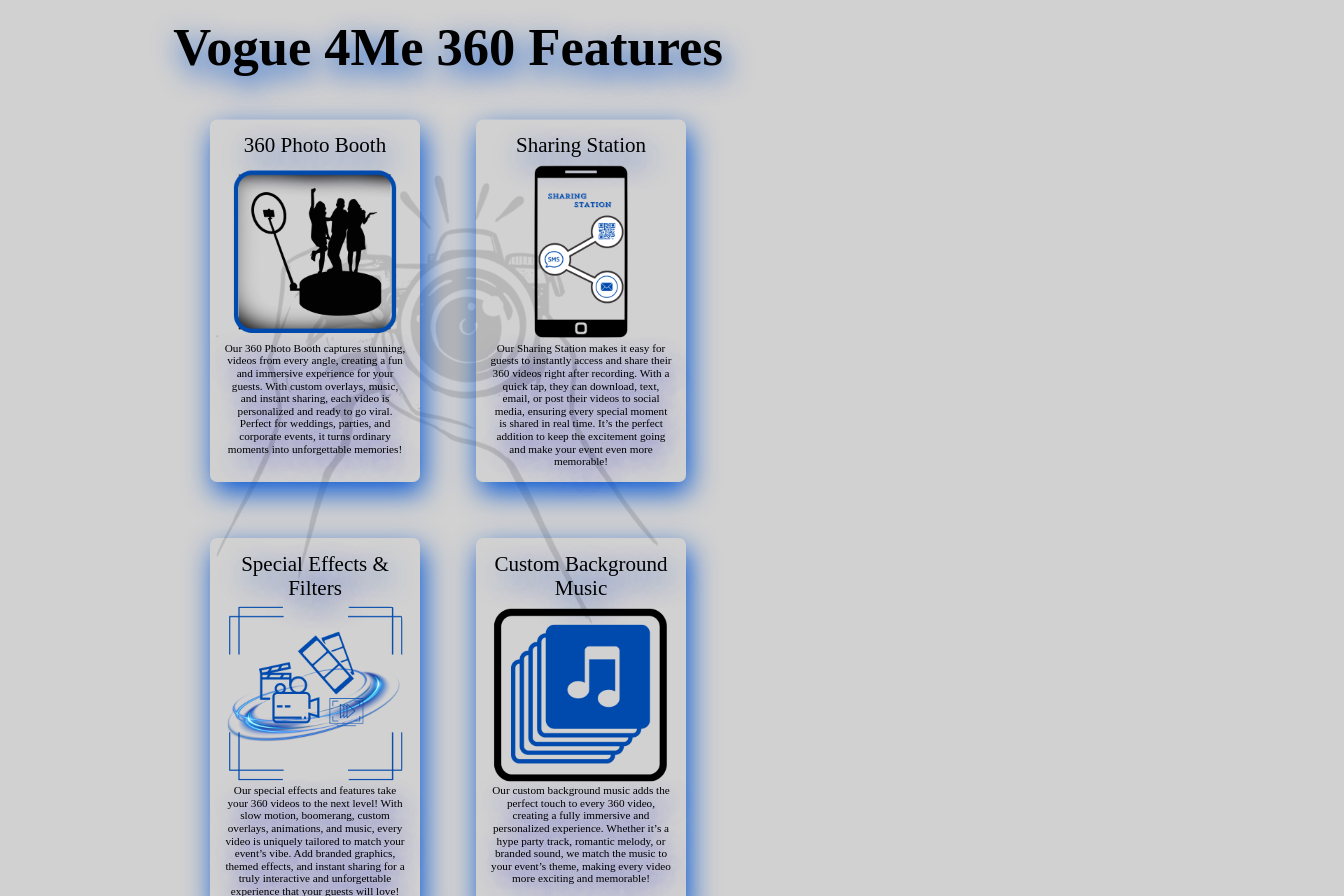
Repository: ErvinClay13/Vogue360-website
Page: about-us.html
These files come from the project's save history. The page is drawn as it stood at one moment and after the next save; the edit follows.
The browser window is 1280 px wide. The page is 1920 px wide, so the pictures cover 1920 px, including what lies to the right of the window. The pictures show the part of the page from y = 1382 to 2662 px (the page is 3872 px tall before and 3908 px after), at 70% of full size.
Backgrounds fixed to the window are drawn as part of the page.

Above is the page before, as saved 2025-03-05 00:50:35.

### about-us.html
<!DOCTYPE html>
<html lang="en">
<head>
    <meta charset="UTF-8">
    <meta name="viewport" content="width=device-width, initial-scale=1.0">
    <link
         rel="icon"
         type="image.png"
         sizes="32x32"
         href="images/VogueLogo.png">
        <link rel="stylesheet" href="myStyle/style.css">
    <link rel="stylesheet" href="link pages/about-us.html">
    <link rel="stylesheet" href="link pages/gallery.html">
    <link rel="stylesheet" href="link pages/packages.html">

    <title>Vogue4Me360|About-Us</title>
</head>
<body>
    <div class="wrapper">
        <header>
            <a href="index.html"></a><img  src="images/newLogo.png" id="myLogo" alt="">
            <h1 id="headerText">VOGUE-4ME-360</h1>
            <div class="link-pages" id="link_pages">
                <h3><a href="index.html" id="myLinks">Home</a></h3>
                <h3><a href="packages.html" id="myLinks">Packages</a></h3>
                <h3><a href="gallery.html" id="myLinks">Gallery</a></h3>
                <h3><a href="contactUs.html" id="myLinks">Contact Us</a></h3>

            </div>
        </header>


    <div class="whyUsImgContainer">
            <img id="whyUsImg" src="images/360mach.jpg" alt="">
        </div>

        <div class="whyUsTextContainer">
            <h2 id="whyUsHeading">Vogue 4Me 360 - Creating memories that will last forever</h2>
            <p style="margin-bottom: 100px;" id="whyUsText">
                Why Choose Our 360 Photo Booth for Your Event?

When it comes to capturing unforgettable moments, our 360 Photo Booth takes your event to the next level! Here’s why you should book with us: <br>

📸 Unique & Immersive Experience – Unlike traditional photo booths, our 360 booth creates stunning, dynamic videos that your guests will love. <br>

✨ High-Quality, Shareable Content – We deliver HD slow-motion, boomerang, and fully customized videos ready for instant social media sharing. <br>

🎨 Personalized Branding & Effects – Custom overlays, music, and effects to match your event’s theme, making every video unique. <br>

💃 Fun & Engaging for Everyone – Whether it's a wedding, birthday, corporate event, or any celebration, our booth adds excitement and interaction for all ages. <br>

🚀 Professional Setup & Service – We handle everything from start to finish, ensuring a seamless and stress-free experience. <br>

🎁 Affordable & Competitive Packages – We offer flexible pricing to fit your budget while delivering top-tier entertainment. <br>

Make your event unforgettable with our 360 Photo Booth Experience! 🎉 Contact us today to book your date!
            </p>
            <h2 style="font-size: 75px;" id="whyUsHeading">Vogue 4Me 360 Features</h2>
        </div>



        <div class="servicesContainer" style="gap: 160;padding-left: 250px;padding-right: 250px;">

            <div class="serviceBox">
                <div class="headBox">360 Photo Booth</div>
                <div class="serviceImg">
                    <img id="servImg" src="featureImages/f-360booth.png" alt="">
                </div>
                <p>
                    Our 360 Photo Booth captures stunning, videos from every angle,
                    creating a fun and immersive experience for your guests. With
                    custom overlays, music, and instant sharing, each video is personalized
                    and ready to go viral. Perfect for weddings, parties, and corporate events,
                    it turns ordinary moments into unforgettable memories!
                </p>
            </div>

            <div class="serviceBox">
                <div class="headBox">Sharing Station</div>
                <div class="serviceImg">
                    <img id="servImg" src="featureImages/f-sharing.png" alt="">
                </div>
                <p>
                    Our Sharing Station makes it easy for guests to instantly access
                    and share their 360 videos right after recording. With a quick tap,
                    they can download, text, email, or post their videos to social media,
                    ensuring every special moment is shared in real time. It’s the perfect
                    addition to keep the excitement going and make your event even more memorable!
                </p>
            </div>



                <div class="serviceBox">
                <div class="headBox">Special Effects & Filters</div>
                <div class="serviceImg">
                    <img id="servImg" src="featureImages/f-effects.png" alt="">
                </div>
                <p>
                    Our special effects and features take your 360 videos to the
                    next level! With slow motion, boomerang, custom overlays, animations,
                    and music, every video is uniquely tailored to match your event’s vibe.
                    Add branded graphics, themed effects, and instant sharing for a truly
                    interactive and unforgettable experience that your guests will love!
                </p>
            </div>

            <div class="serviceBox">
                <div class="headBox">Custom Background Music</div>
                <div class="serviceImg">
                    <img id="servImg" src="featureImages/f-music.png" alt="">
                </div>
                <p>
                    Our custom background music adds the perfect touch to every 360 video,
                    creating a fully immersive and personalized experience. Whether it’s a
                    hype party track, romantic melody, or branded sound, we match the music
                    to your event’s theme, making every video more exciting and memorable!
                </p>
            </div>


            <div class="serviceBox">
                <div class="headBox">Custom Overlay</div>
                <div class="serviceImg">
                    <img id="servImg" src="featureImages/f-overlay.png" alt="">
                </div>
                <p>
                    Lorem ipsum, dolor sit amet consectetur adipisicing elit.
                    Ratione, a consequuntur! Explicabo, delectus. Minus, cupiditate
                    saepe labore reprehenderit, maiores amet iste quasi praesentium
                    libero quos eum illum ullam velit ducimus?
                </p>
            </div>

            <div class="serviceBox">
                <div class="headBox">Fun Props</div>
                <div class="serviceImg">
                    <img id="servImg" src="featureImages/f-props.png" alt="">
                </div>
                <p>
                    Lorem ipsum, dolor sit amet consectetur adipisicing elit.
                    Ratione, a consequuntur! Explicabo, delectus. Minus, cupiditate
                    saepe labore reprehenderit, maiores amet iste quasi praesentium
                    libero quos eum illum ullam velit ducimus?
                </p>
            </div>

            <div class="serviceBox">
                <div class="headBox">Online Gallery</div>
                <div class="serviceImg">
                    <img id="servImg" src="featureImages/f-gallery.png" alt="">
                </div>
                <p>
                    Lorem ipsum, dolor sit amet consectetur adipisicing elit.
                    Ratione, a consequuntur! Explicabo, delectus. Minus, cupiditate
                    saepe labore reprehenderit, maiores amet iste quasi praesentium
                    libero quos eum illum ullam velit ducimus?
                </p>
            </div>

            <div class="serviceBox">
                <div class="headBox">Vogue Technician</div>
                <div class="serviceImg">
                    <img id="servImg" src="featureImages/f-techn.png" alt="">
                </div>
                <p>
                    Lorem ipsum, dolor sit amet consectetur adipisicing elit.
                    Ratione, a consequuntur! Explicabo, delectus. Minus, cupiditate
                    saepe labore reprehenderit, maiores amet iste quasi praesentium
                    libero quos eum illum ullam velit ducimus?
                </p>
            </div>

            </div>




    </div>


    <script src="script.js"></script>
</body>
</html>

### myStyle/style.css
@import url('https://fonts.googleapis.com/css2?family=Yellowtail&display=swap');

@font-face {
    font-family: myFont;
   src: url(School.otf);
}

@font-face {
    font-family: myFont2;
   src: url(TripleRainbow.otf);
}

@font-face {
    font-family: myFont3;
   src: url(NewFont.ttf);
}

*{
    padding: 0;
    margin: 0;
    box-sizing: border-box;
}

body {
    background-color: rgba(187, 187, 187, 0.674);
    background-image: url(backgroundLogo.png);
    background-repeat: no-repeat;
    background-position: center;
    background-attachment: fixed;
}

#myLogo {
    height: 200px;
    width: 200px;
    margin-top: 20px;
    margin-left: 40px;
    border: solid 4px #0055d4f5;;
    border-radius: 150px;
    box-shadow: 5px 15px 40px #0055d4f5;



}

header {
    display: flex;
    justify-content: space-between;
    padding-right: 30px;
    padding-left: 50px;
    background-color: rgba(56, 56, 56, 0.698);
    height: 30vh;
    box-shadow: 5px 15px 40px #0055d4f5;
}

a {
    text-decoration: underline;
    color: #151515;
}

a:link {
    color: #151515;
}

a:hover {
    color: #01398cf5;
    text-decoration: underline;
}

.link-pages {
    align-self: center;
    margin-top: 30px;
    font-size: 25px;
    font-family: "Yellowtail", cursive;
    display: flex;
    gap: 20px;
    box-shadow: 5px 15px 40px #0055d4f5;
    text-shadow: 5px 15px 30px #0055d4f5;
}



#myLink {
    color: black;
    font-weight: bold;
    text-shadow: 5px 15px 20px #0055d4;
    cursor: url("cursorLogo.png"), auto;
}
#myLink:hover{
    color: #01398cf5;
}





#servImg {
    height: 250px;
    width: 250px;
    border-radius: 20px;
}

#packImg {
    height: 250px;
    width: 250px;
    border-radius: 20px;
}




#headerText {
    align-content: center;
    margin-top: 70px;
    font-size: 150px;
    font-family: myFont3;
    height: 120px;
    border-radius: 80px;
    text-shadow: 5px 15px 40px #0055d4f5;
    font-weight: 100;

}



.galleryContainer {
    margin-top: 60PX;
    display: flex;
    flex-direction: column;
    align-items: center;
    justify-content: space-between;

}



.galleryBoxes {
    justify-content: center;
    margin-top: 30px;
    display: flex;
    flex-wrap: wrap;
    width: 1000px;
    justify-content: space-between;
    row-gap: 25px;
    box-shadow: 5px 15px 40px #0055d4f5;
}

.boxes:hover {
    transform: scale(1.2);
    box-shadow: 5px 15px 40px #8600d4f5;
}

.homeVidContainer {
    margin-top: 30px;
    display: flex;
    flex-direction: column;
    align-items: center;
    margin-bottom: 200px
}

.vidBox {
    display: flex;
    align-items: center;
    gap: 15px;
    box-shadow: 5px 15px 40px #0055d4f5;
}

.packageTitle {
    display: flex;
    margin-top: 50px;
    flex-direction: column;
    align-items: center;
    font-size: 40px;
    text-shadow: 5px 15px 40px #0055d4f5;
}

.packageContainer {
    margin-top: 100px;
    display: flex;
    gap: 80px;
    justify-content: center;
    text-shadow: 5px 15px 40px #0055d4f5;
    margin-bottom: 100px;
}

#pack {
    border: solid 2px rgb(67, 67, 67);
    box-shadow: 5px 15px 40px #0055d4f5;
    padding: 15px;
    border-radius: 20px;
}

#pack:hover {
    transform: scale(1.2);
    box-shadow: 5px 15px 40px #8600d4f5;
    background-color: #8600d45b;
}

.headBox {
    font-size: 30px;
    padding-bottom: 10px;
}

.headBox:hover {
    color:#8600d4f5;
    cursor: url("cursorLogo.png"), auto;
}

.headService {
    display: flex;
    margin-top: 50px;
    flex-direction: column;
    align-items: center;
    font-size: 40px;
    text-shadow: 5px 15px 40px #0055d4f5;

}

.servicesContainer {
    margin-top: 60px;
    display: flex;
    gap: 80px;
    justify-content: center;
    text-shadow: 5px 15px 40px #0055d4f5;
    margin-bottom: 100px;
    flex-wrap: wrap;

}



.serviceBox {
    max-width: 300px;
    box-shadow: 5px 15px 40px #0055d4f5;
    text-align: center;
    border-radius: 10px;
    padding: 20px;

}

.serviceBox:hover {
    transform: scale(1.2);
    box-shadow: 5px 15px 40px #8600d4f5;

}
.bookToday {
    margin-top: 10px;
    box-shadow: 5px 15px 40px #0055d4f5;
    text-shadow: 5px 15px 40px #0055d4f5;
    cursor: url("cursorLogo.png"), auto;
    border: solid 2px #0055d4f5;
    border-radius: 10px;
    height: 35px;
    width: 120px;
    font-size: 15px;

}

.bookToday:hover {
    background-color: #8600d4f5;
}

.package {
    max-width: 300px;
    box-shadow: 5px 15px 40px #0055d4f5;
    text-align: center;
    border-radius: 10px;
    padding: 20px;
}

.aboutUsContainer {
    margin-top: 60px;
    display: flex;
    gap: 80px;
    justify-content: center;
    text-shadow: 5px 15px 40px #0055d4f5;
    margin-bottom: 100px;
}

.aboutUsBox {
    max-width: 300px;
    box-shadow: 5px 15px 40px #0055d4f5;
    text-align: center;
    border-radius: 10px;
    padding: 20px;
}

.aboutUsBox:hover {
    transform: scale(1.2);
    box-shadow: 5px 15px 40px #8600d4f5;

}

.socialMediaContainer {
    margin-top: 60px;
    display: flex;
    justify-content: center;
    margin-bottom: 100px;
}

.socialMediaBox {
    display: flex;
    gap: 80px;
}

#socImg {
    height: 80px;
    width: 80px;
    border-radius: 100px;
    box-shadow: 5px 15px 40px #0055d4f5;
    cursor: url("cursorLogo.png"), auto;
}

#socImg:hover {
    box-shadow: 5px 15px 40px #8600d4f5;
    transform: scale(1.2);
}

.whyUsImgContainer {
    width: 1920px;
    background-color: gray;
    margin-top: 20px;
    display: flex;
    flex-direction: column;
    align-items: center;
    margin-bottom: 50px;
    box-shadow: 5px 15px 40px #0055d4f5;
}



.whyUsTextContainer{
    display: flex;
    flex-direction: column;
    align-content: center;
    align-items: center;
}

#whyUsHeading{
    font-size: 45px;
    text-shadow: 5px 15px 40px #0055d4f5;
}

#whyUsText {
    margin-top: 25px;
    font-size: 25px;
    width: 1400px;
    text-shadow: 5px 15px 40px #0055d4f5;
}

.whyUsFeaturesContainer {
    margin-top: 60px;
    display: flex;
    gap: 80px;
    justify-content: center;
    text-shadow: 5px 15px 40px #0055d4f5;
    margin-bottom: 200px;
    flex-wrap: wrap;
}

#whyUsImg {

    height:600px;
    width: 600px;
}


.featureBox {
    max-width: 400px;
    max-height: 400px;
    box-shadow: 5px 15px 40px #0055d4f5;
    text-align: center;
    border-radius: 10px;
    padding: 20px;
}


.galleryBoxes {
    justify-content: center;
    margin-top: 30px;
    display: flex;
    flex-wrap: wrap;
    width: 1000px;
    justify-content: space-between;
    row-gap: 25px;
    box-shadow: 5px 15px 40px #0055d4f5;
}

### gallery.html
<!DOCTYPE html>
<html lang="en">
<head>
    <meta charset="UTF-8">
    <meta name="viewport" content="width=device-width, initial-scale=1.0">
    <link
         rel="icon"
         type="image.png"
         sizes="32x32"
         href="images/VogueLogo.png">
    <link rel="stylesheet" href="myStyle/style.css">
    <link rel="stylesheet" href="about-us.html">
    <link rel="stylesheet" href="gallery.html">
    <link rel="stylesheet" href="packages.html">
    <title>Vogue4Me360|Gallery</title>
</head>
<body>

    <div class="wrapper">
        <header>
            <a href="index.html"></a><img  src="images/newLogo.png" id="myLogo" alt="">
            <h1 id="headerText">VOGUE-4ME-360</h1>
            <div class="link-pages" id="link_pages">
                <h3><a href="index.html" id="myLinks">Home</a></h3>
                <h3><a href="packages.html" id="myLinks">Packages</a></h3>
                <h3><a href="about-us.html" id="myLinks">Why Us</a></h3>
                <h3><a href="contactUs.html" id="myLinks">Contact Us</a></h3>
            </div>
        </header>
        <div style="background-color: rgb(0, 0, 0);" class="homeVidContainer">
            <div class="vidBox">
                <div class="boxes"> <video autoplay controls muted loop src="videoGallery/hoW IT STARTED(4).mp4" width="100%" height="700" ></video></div>
            </div>
        </div>
        <div class="galleryContainer">
            <H1>GALLERY</H1>
            <div class="galleryBoxes">
                <div class="boxes"> <video controls src="videoGallery/jacketvid.mp4" width="200" height="300"></video></div>
                <div class="boxes"> <video controls src="videoGallery/galVid2.mp4" width="200" height="300"></video></div>
                <div class="boxes"> <video controls src="videoGallery/galVid6.mp4" width="200" height="300"></video></div>
                <div class="boxes"> <video controls src="videoGallery/galVid4.mp4" width="200" height="300"></video></div>
                <div class="boxes"> <video controls src="videoGallery/galVid3.mp4" width="200" height="300"></video></div>
                <div class="boxes"> <video controls src="videoGallery/jacketvid.mp4" width="200" height="300"></video></div>
                <div class="boxes"> <video controls src="videoGallery/jacketvid.mp4" width="200" height="300"></video></div>
                <div class="boxes"> <video controls src="videoGallery/jacketvid.mp4" width="200" height="300"></video></div>
                <div class="boxes"> <video controls src="videoGallery/jacketvid.mp4" width="200" height="300"></video></div>
                <div class="boxes"> <video controls src="videoGallery/jacketvid.mp4" width="200" height="300"></video></div>
                <!-- <div class="boxes"> <video controls src="videoGallery/jacketvid.mp4" width="200" height="300"></video></div>
                <div class="boxes"> <video controls src="videoGallery/jacketvid.mp4" width="200" height="300"></video></div>
                <div class="boxes"> <video controls src="videoGallery/jacketvid.mp4" width="200" height="300"></video></div>
                <div class="boxes"> <video controls src="videoGallery/jacketvid.mp4" width="200" height="300"></video></div>
                <div class="boxes"> <video controls src="videoGallery/jacketvid.mp4" width="200" height="300"></video></div> -->
            </div>
        </div>
    </div>


    <script src="script.js"></script>
</body>
</html>

Loaded but not shown: script.js (22 lines, source omitted); packages.html (184 lines, source omitted)

After the next save:
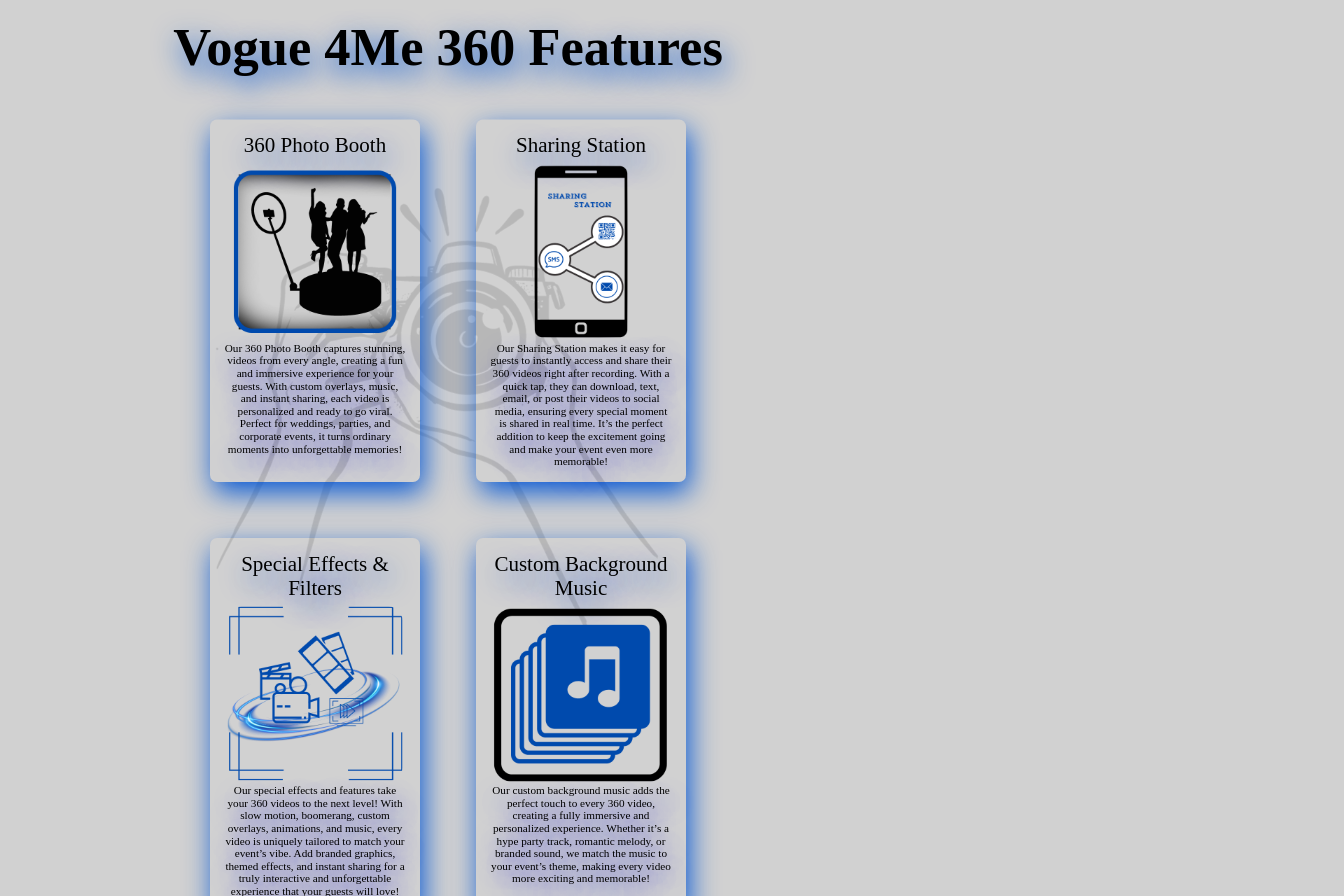
Saved 65 s later.
--- a/about-us.html
+++ b/about-us.html
@@ -126,10 +126,7 @@
                     <img id="servImg" src="featureImages/f-overlay.png" alt="">
                 </div>
                 <p>
-                    Lorem ipsum, dolor sit amet consectetur adipisicing elit.
-                    Ratione, a consequuntur! Explicabo, delectus. Minus, cupiditate
-                    saepe labore reprehenderit, maiores amet iste quasi praesentium
-                    libero quos eum illum ullam velit ducimus?
+                    Our custom overlays add a unique and personalized touch to every 360 video. From logos and event themes to stylish animations and branding, we design overlays that make your videos stand out. Whether it’s a wedding, corporate event, or party, our custom graphics ensure each video is a perfect reflection of your special occasion!
                 </p>
             </div>
 
